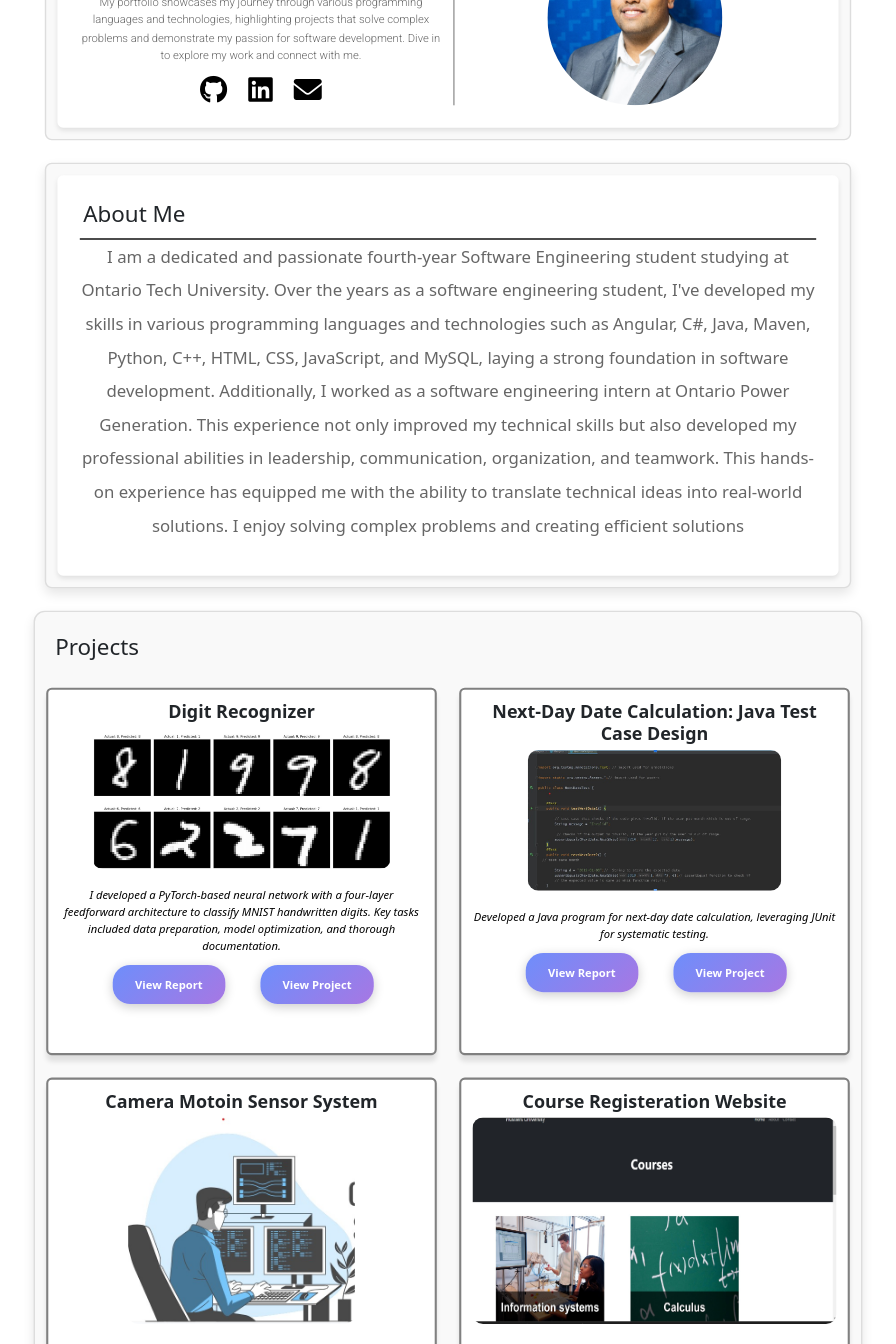
Repository: AkshatKapo/My-Portfolio
Page: /
An editor plug-in stored every save of this project. The page is shown before and after the next save, followed by the edit.
The browser window is 1280 px wide. The pictures show the part of the page from y = 309 to 2229 px (the page is 2681 px tall before and 2691 px after), at 70% of full size.
The project was rebuilt for these pictures with package versions that can differ from the ones it lists, and the page was loaded fresh each time. Also part of the build but not shown: vite.config.js, src/components/Experiece/Experience.css, src/components/Experiece/Experience.jsx, src/components/project/project.jsx, src/index.css.

Above is the page before, as saved 2024-06-13 11:52:13.

After the next save:
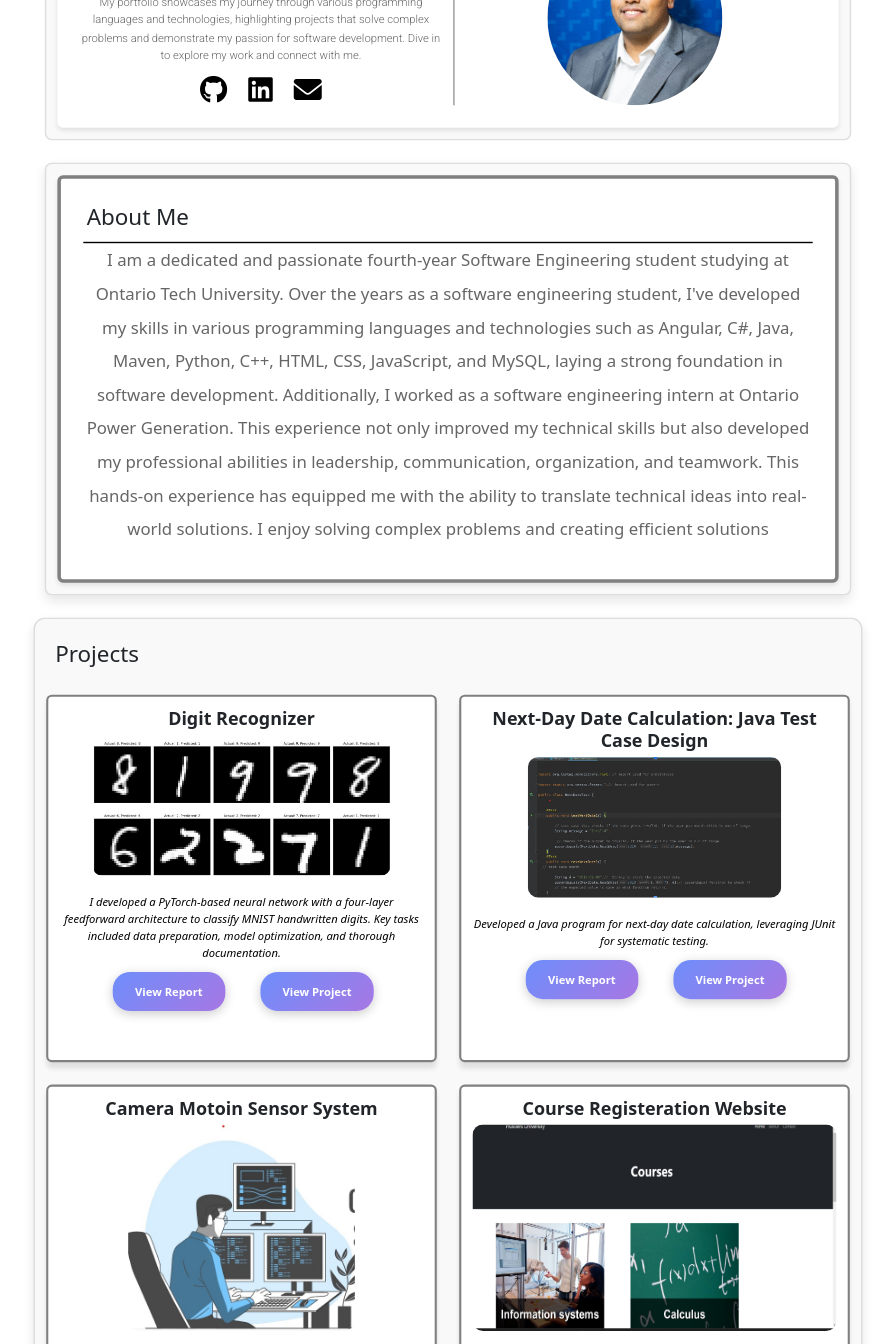
Saved 1 s later.
--- a/src/components/About/About.css
+++ b/src/components/About/About.css
@@ -19,7 +19,7 @@
     padding: 2rem; /* Padding around the content */
     box-shadow: 0 4px 8px rgba(0, 0, 0, 0.1); /* Shadow for styling */
     border-radius: 8px; /* Rounded corners */
-    border: 5px solid gre;
+    border: 5px solid grey;
   }
 
 
